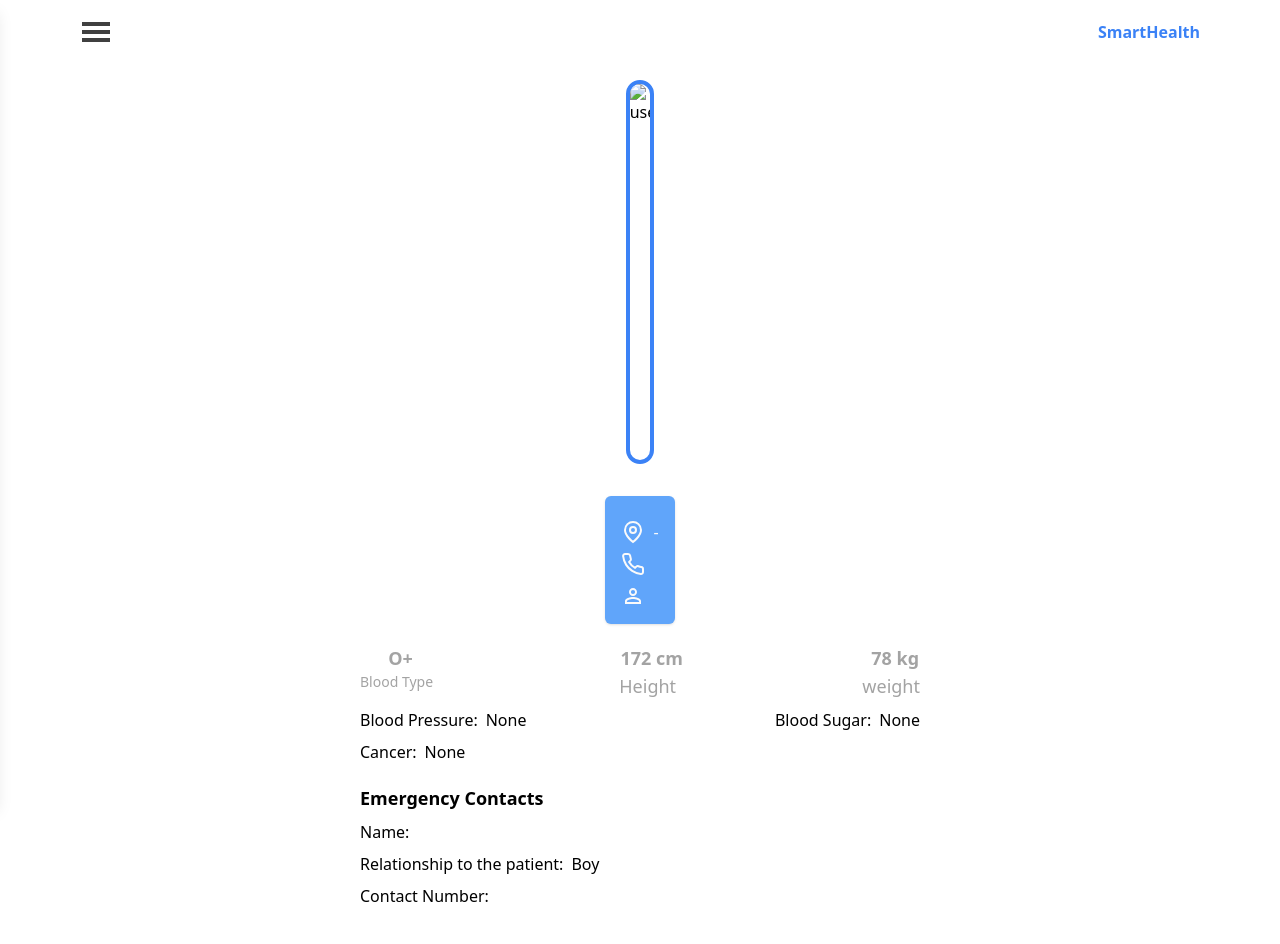
Repository: Sanaa00/HI-user
Page: /home
An editor plug-in stored every save of this project. The page is shown before and after the next save, followed by the edit.
The browser window is 1280 px wide. The pictures show the whole page.
The page's requests for data from a server got no answer. The project was rebuilt for these pictures with package versions that can differ from the ones it lists, and the page was loaded fresh each time. No one was signed in, and anything a server would have sent is missing. Also part of the build but not shown: vite.config.js, src/App.css, src/Components/Pagination.jsx, src/Pages/Prescription.jsx, src/Components/modalComponent.jsx, src/Pages/Laboratory.jsx, src/Pages/Radiographic.jsx, src/Components/InputField.jsx and 2 more.

Above is the page before, as saved 2024-01-12 21:07:31.

### src/main.jsx
import React from 'react';
import ReactDOM from 'react-dom/client';
import App from './App.jsx';
import './index.css';
import Modal from 'react-modal';
import { BrowserRouter } from 'react-router-dom';
Modal.setAppElement('#root');
ReactDOM.createRoot(document.getElementById('root')).render(
  <React.StrictMode>
    <BrowserRouter>
      {/* <Provider store={store}> */}
      <App />
      {/* </Provider>{' '} */}
    </BrowserRouter>
  </React.StrictMode>,
);

### src/App.jsx
import { Route, Routes } from 'react-router-dom';
import './App.css';
import Home from './Pages/Home';
// import Test from './Pages/Test';
import Navbar from './Components/Navbar';
import Prescription from './Pages/Prescription';
import Laboratory from './Pages/Laboratory';
import Radiographic from './Pages/Radiographic';
import ModalComponent from './Components/modalComponent';
import Login from './Pages/Login';
import SignUp from './Pages/SignUp';

function App() {
  return (
    <>
      <Navbar />
      <Routes>
        <Route path="/home" element={<Home />} />
        <Route path="/laboratory" element={<Laboratory />}>
          <Route path=":id" element={<ModalComponent />} />
        </Route>
        <Route path="/Radiographic" element={<Radiographic />} />
        <Route path="/Prescription" element={<Prescription />} />
        <Route path="/" element={<Login />} />
        <Route path="/signup" element={<SignUp />} />
        {/* <Route path="products" element={<Products />} />
          <Route path="setting" element={<Setting />} />
          <Route path="hide" element={<HideProducts />} /> */}
        {/* </Route> */}
      </Routes>
    </>
  );
}

export default App;

### src/Pages/Home.jsx
import { useEffect, useState } from 'react';
import { supabase } from '../supabaseClient';
import { FaLocationDot, FaPhone } from 'react-icons/fa6';
import { LuPhone } from 'react-icons/lu';
import { MdPermIdentity } from 'react-icons/md';
import { CiPhone } from 'react-icons/ci';
import { GrLocation } from 'react-icons/gr';
function Home() {
  const [data, setData] = useState([]);

  useEffect(() => {
    const fetchData = async () => {
      const { data, error } = await supabase
        .from('personInformation')
        .select('*')
        .eq('id', 34567890)
        .single();
      console.log('first', data);
      if (error) console.log('Error', error);
      else setData(data);
    };

    fetchData();
  }, []);
  return (
    <div className="mt-16 min-h-screen p-4 sm:px-10 md:px-20  flex flex-col lg:items-center">
      <div className="flex justify-center items-center">
        {console.log(data)}{' '}
        <img
          className="object-cover rounded-full w-72 border-4 border-blue-500 h-72 lg:w-1/2 lg:h-96 "
          src={data.userImage}
          alt="user"
        />
      </div>
      {/* <div className="mt-5 text-center font-bold text-lg lg:w-1/2">
        Personal Information
      </div> */}
      <div className="mt-3 lg:w-1/2 flex justify-center items-center">
        {/* <span>Name:</span> */}
        <span className="ml-2 font-semibold">{data.fullName}</span>
      </div>{' '}
      {/* <div className="mt-2 flex justify-between items-center lg:w-1/2"> */}
      {/* <span>
          {' '}
          <span>DOB:</span>
          <span className="ml-2">{data.dateOfBirth}</span>
        </span>{' '}
        <span>
          {' '}
          <span>Gender:</span>
          <span className="ml-2">{data.gender}</span>
        </span> */}
      {/* </div>{' '} */}
      <div className="mt-5 bg-blue-400 text-neutral-50 rounded-md p-4 shadow ">
        {' '}
        <div className="mt-2 flex justify-between items-center lg:w-1/2">
          <span className="flex items-center flex-row">
            {' '}
            <span>
              <GrLocation className="w-6 h-6" />
            </span>
            <span className="ml-2">
              {data.city}-{data.address}
            </span>
          </span>
        </div>
        {/* ****************** */}
        <div className="mt-2 flex justify-between items-center lg:w-1/2">
          <span className="flex items-center">
            {' '}
            <span>
              <LuPhone className="w-6 h-6" />
            </span>
            <span className="ml-2">{data.contactNumber}</span>
          </span>{' '}
        </div>{' '}
        <div className="mt-2 flex justify-between items-center lg:w-1/2">
          <span className="flex items-center">
            {' '}
            <span>
              <MdPermIdentity className="w-6 h-6" />
            </span>
            <span className="ml-2">{data.id}</span>
          </span>{' '}
        </div>
      </div>
      {/* **********vital information*********** */}
      <div className="mt-5 flex justify-between text-neutral-400  text-lg lg:w-1/2">
        {' '}
        {/* <div className="mt-2 flex justify-between items-center lg:w-1/2"> */}
        <div className="flex flex-col items-center">
          {' '}
          <span className="ml-2 font-bold">O+</span>
          <span className="text-sm">Blood Type</span>
        </div>{' '}
        {/* </div>{' '} */}
        {/* <div className="mt-2 flex justify-between items-center lg:w-1/2"> */}
        <div className="flex flex-col items-center">
          {' '}
          <span className="ml-2 font-bold">172 cm</span> <span>Height</span>
        </div>{' '}
        <div className="flex flex-col items-center">
          {' '}
          <span className="ml-2 font-bold">78 kg</span>
          <span>weight</span>
        </div>{' '}
      </div>{' '}
      {/* </div> */}
      {/* <div className="mt-2 flex justify-between items-center lg:w-1/2">
        <span>
          {' '}
          <span>Blood Type:</span>
          <span className="ml-2">O+</span>
        </span>{' '}
      </div>{' '}
      <div className="mt-2 flex justify-between items-center lg:w-1/2">
        <span>
          {' '}
          <span>Height:</span>
          <span className="ml-2">172 cm</span>
        </span>{' '}
        <span>
          {' '}
          <span>weight:</span>
          <span className="ml-2">78 kg</span>
        </span>{' '}
      </div>{' '} */}
      <div className="mt-2 flex justify-between items-center lg:w-1/2">
        <span>
          {' '}
          <span>Blood Pressure:</span>
          <span className="ml-2">None</span>
        </span>{' '}
        <span>
          {' '}
          <span>Blood Sugar:</span>
          <span className="ml-2">None</span>
        </span>{' '}
      </div>{' '}
      <div className="mt-2 flex justify-between items-center lg:w-1/2">
        <span>
          {' '}
          <span>Cancer:</span>
          <span className="ml-2">None</span>
        </span>{' '}
      </div>{' '}
      {/* ***************Emergency Contacts********** */}
      <div className="mt-5 font-bold text-lg lg:w-1/2">Emergency Contacts</div>
      <div className="mt-2 flex justify-between items-center lg:w-1/2">
        <span>
          {' '}
          <span>Name:</span>
          <span className="ml-2">{data.emergencyContactName}</span>
        </span>{' '}
      </div>{' '}
      <div className="mt-2 flex justify-between items-center lg:w-1/2">
        <span>
          {' '}
          <span>Relationship to the patient:</span>
          <span className="ml-2">Boy</span>
        </span>{' '}
      </div>{' '}
      <div className="mt-2 mb-5 flex justify-between items-center lg:w-1/2">
        <span>
          {' '}
          <span>Contact Number:</span>
          <span className="ml-2">{data.emergencyContactNumber}</span>
        </span>{' '}
      </div>
    </div>
  );
}

export default Home;

### src/Components/Navbar.jsx
import { useState } from 'react';
import { Link, NavLink } from 'react-router-dom';
import { GiHamburgerMenu } from 'react-icons/gi';
import { IoCloseSharp } from 'react-icons/io5';
function Navbar() {
  const [open, setOpen] = useState(false);
  return (
    <div className="flex text-neutral-700 top-0 z-50 fixed px-4 sm:px-10 md:px-20 justify-between items-center bg-white h-16 w-full">
      <div
        className={` flex justify-between hover:bg-opacity-80 duration-500 hover:duration-500 items-center w-full h-full text-lg font-bold`}
      >
        <button onClick={() => setOpen(!open)} className="">
          <GiHamburgerMenu className="w-8 h-8" />
        </button>{' '}
        <div
          className={` bg-white rounded-sm  flex flex-col fixed w-4/5 lg:w-96 top-0 z-40 left-0 shadow-lg transform duration-500 ease-in-out ${
            open ? 'translate-x-0' : '-translate-x-full'
          }`}
        >
          <button
            onClick={() => setOpen(!open)}
            className="mt-3 mb-2 left-0 px-3 flex h-16"
          >
            <IoCloseSharp className="w-9 h-9" />
          </button>

          <div className="w-full h-screen flex flex-col text-orange p-4">
            <Link to="/home" onClick={() => setOpen(!open)} className="pb-3">
              Person Information
            </Link>
            <Link
              to="/Radiographic"
              onClick={() => setOpen(!open)}
              className="py-3"
            >
              Radiographic examination
            </Link>
            <Link
              to="/laboratory"
              onClick={() => setOpen(!open)}
              className="py-3"
            >
              Laboratory examination
            </Link>
            <Link
              to="/Prescription"
              onClick={() => setOpen(!open)}
              className="py-3"
            >
              Prescription
            </Link>
          </div>
        </div>
      </div>
      <NavLink to="/home" className="ml-2 font-bold text-blue-500">
        SmartHealth
      </NavLink>
    </div>
  );
}

export default Navbar;

### src/supabaseClient.js
import { createClient } from '@supabase/supabase-js';

const supabaseUrl =
    import.meta.env.VITE_REACT_APP_SUPABASE_URL;
const supabaseAnonKey =
    import.meta.env.VITE_REACT_APP_SUPABASE_ANON_KEY;

export const supabase = createClient(supabaseUrl, supabaseAnonKey);

Loaded but not shown: index.html (common file); src/index.css (common file); tailwind.config.js (common file)

After the next save:
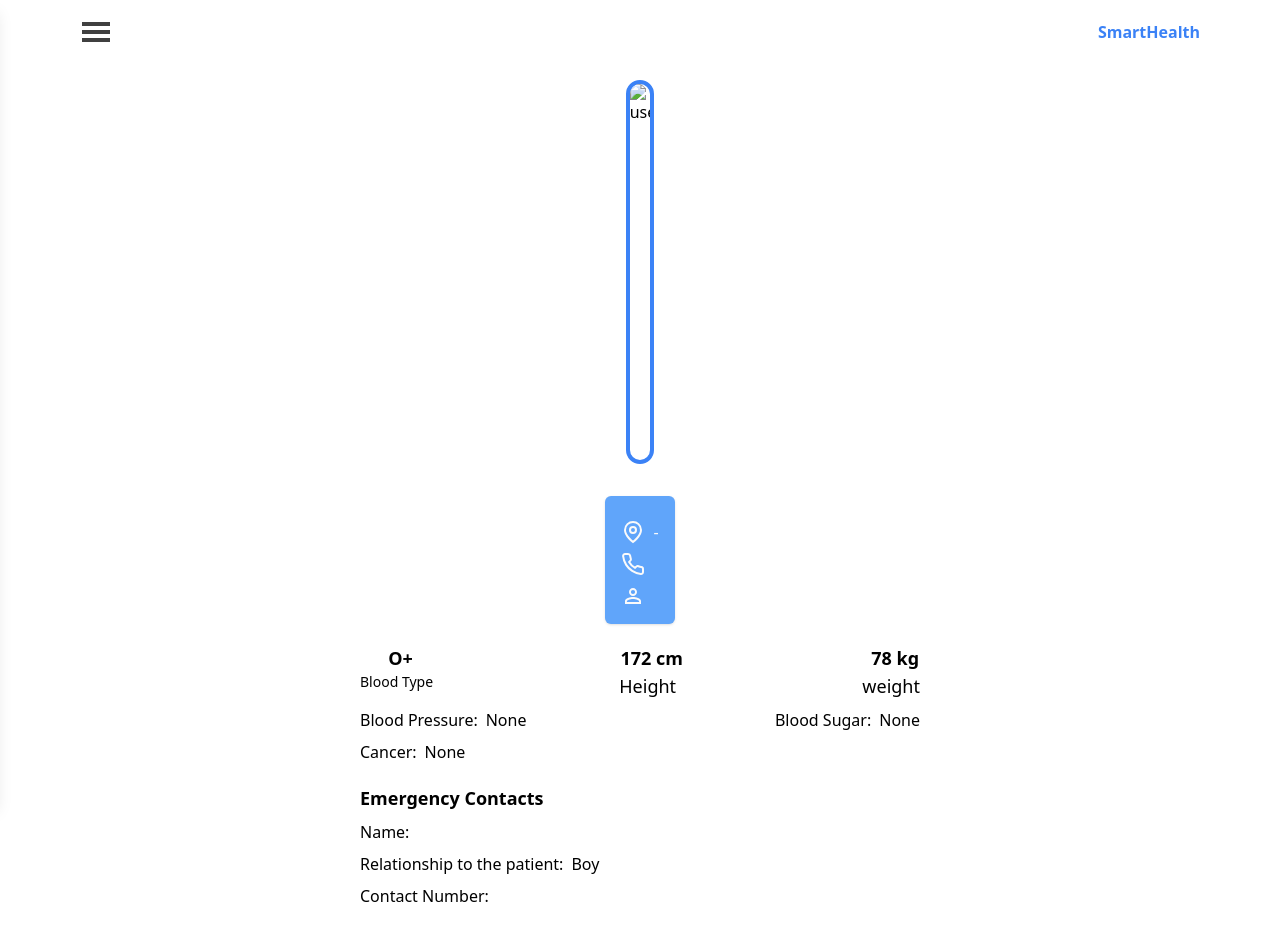
Saved 17 s later.
--- a/src/Pages/Home.jsx
+++ b/src/Pages/Home.jsx
@@ -85,7 +85,7 @@ function Home() {
         </div>
       </div>
       {/* **********vital information*********** */}
-      <div className="mt-5 flex justify-between text-neutral-400  text-lg lg:w-1/2">
+      <div className="mt-5 flex justify-between  text-lg lg:w-1/2">
         {' '}
         {/* <div className="mt-2 flex justify-between items-center lg:w-1/2"> */}
         <div className="flex flex-col items-center">
